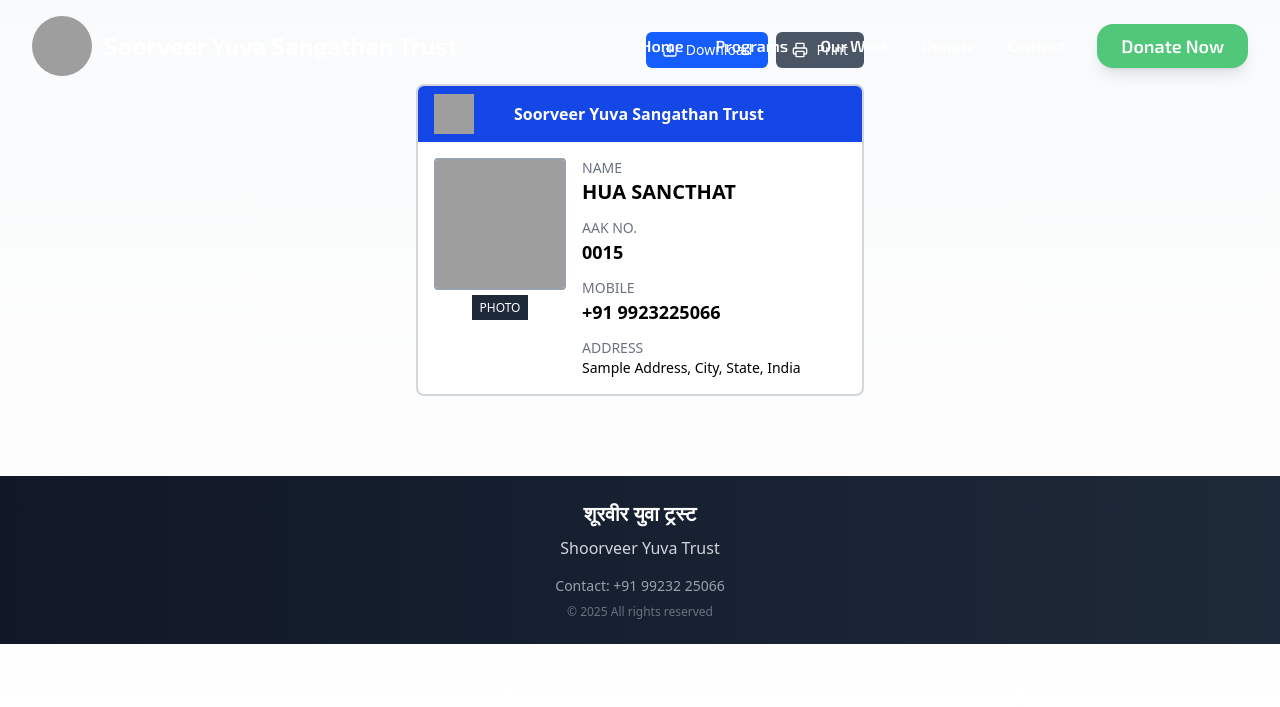
Repository: A-y-u-s-h-29/Soorveeryuvasangathan
Page: /volunteer/card (app in op/)
An editor plug-in stored every save of this project. The page is shown before and after the next save, followed by the edit.
The browser window is 1280 px wide. The pictures show the whole page.
Pictures or frames that could not be fetched are drawn as grey boxes. Some web fonts or font styles are not loaded; a fallback is used. The project was rebuilt for these pictures with package versions that can differ from the ones it lists, and the page was loaded fresh each time. Also part of the build but not shown: op/vite.config.js, op/src/components/ImageSlider.jsx, op/src/components/Home.jsx, op/src/components/VideoPage.jsx, op/src/components/VolunteerPage.jsx, op/src/services/api.js, op/src/components/VolunteerForm.jsx. Imported but missing from the stored project, and not drawn on this page: op/src/components/AboutSection.

Above is the page before, as saved 2025-12-02 16:01:45.

After the next save:
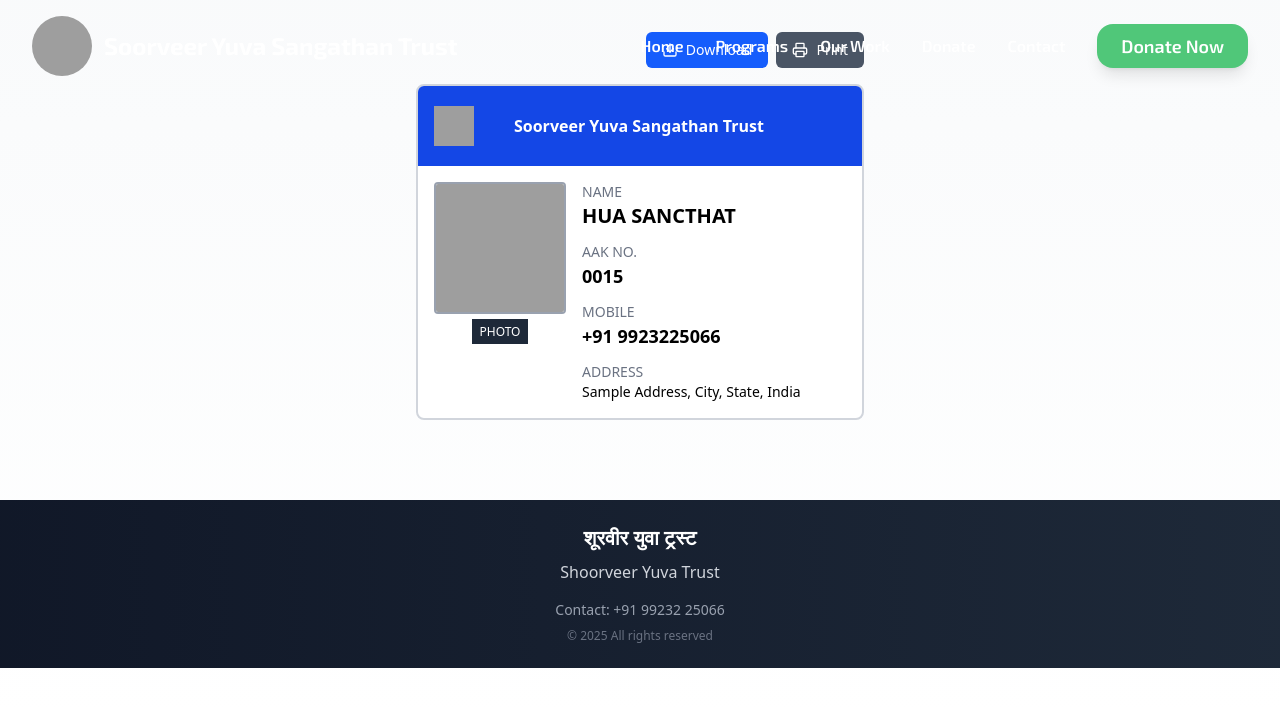
Saved 14 s later.
--- a/op/src/components/VolunteerCard.jsx
+++ b/op/src/components/VolunteerCard.jsx
@@ -72,7 +72,7 @@
         className="bg-white border-2 border-gray-300 rounded-lg overflow-hidden"
       >
         {/* Header */}
-        <div className="bg-blue-700 text-white py-2 px-4 flex items-center gap-10">
+        <div className="bg-blue-700 text-white py-5 px-4 flex items-center gap-10">
           <img src='/images/logo.jpg' className='h-10 w-10'/>
           <h2 className="font-bold">Soorveer Yuva Sangathan Trust</h2>
         </div>
